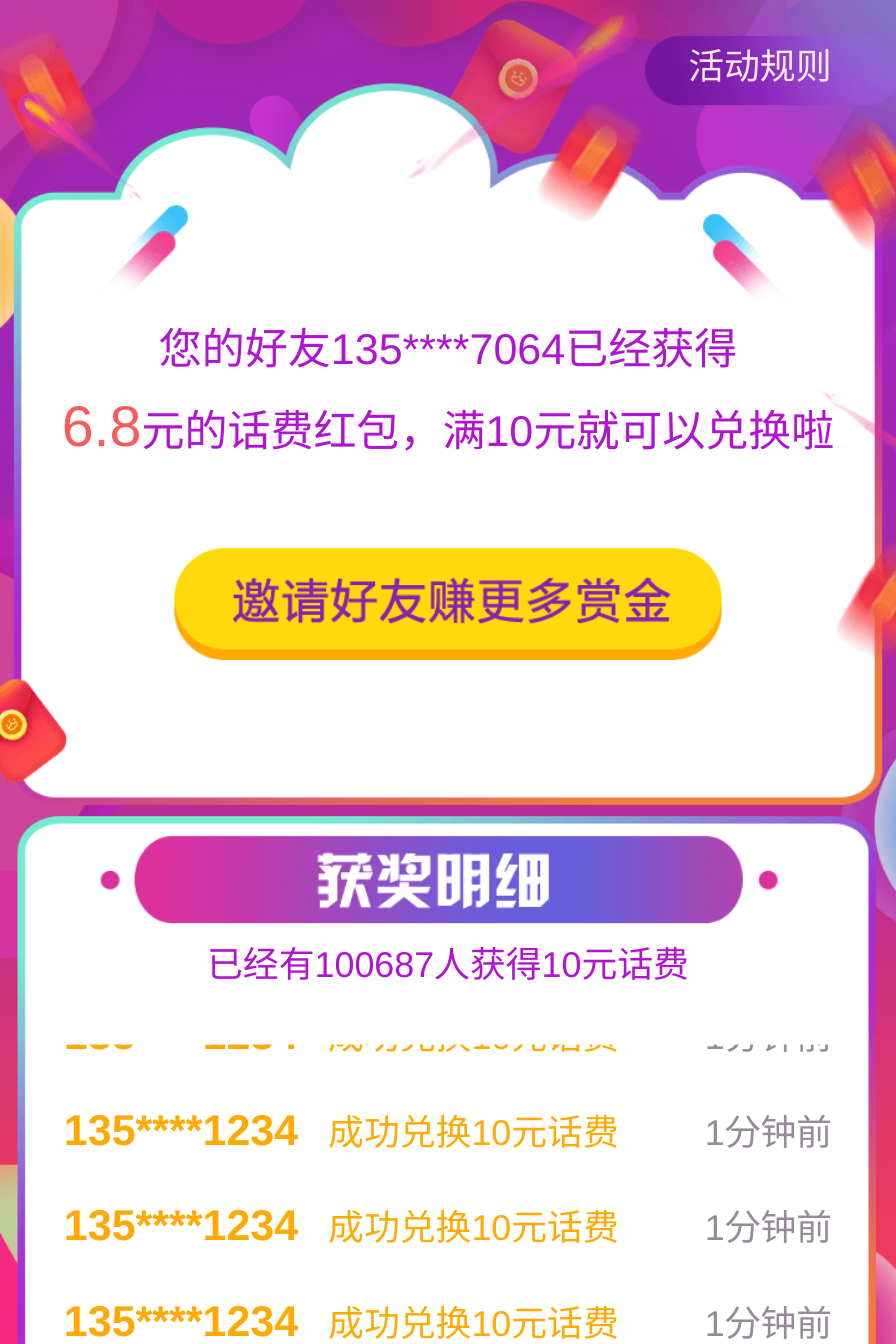
Repository: wangbiaozy/hb
Page: index_hjmx.html
These files come from the project's save history. The page is drawn as it stood at one moment and after the next save; the edit follows.
The browser window is 1280 px wide. The pictures show the part of the page from y = 0 to 1920 px (the page is 2058 px tall), at 70% of full size.

Above is the page before, as saved 2018-08-16 16:43:07.

After the next save:
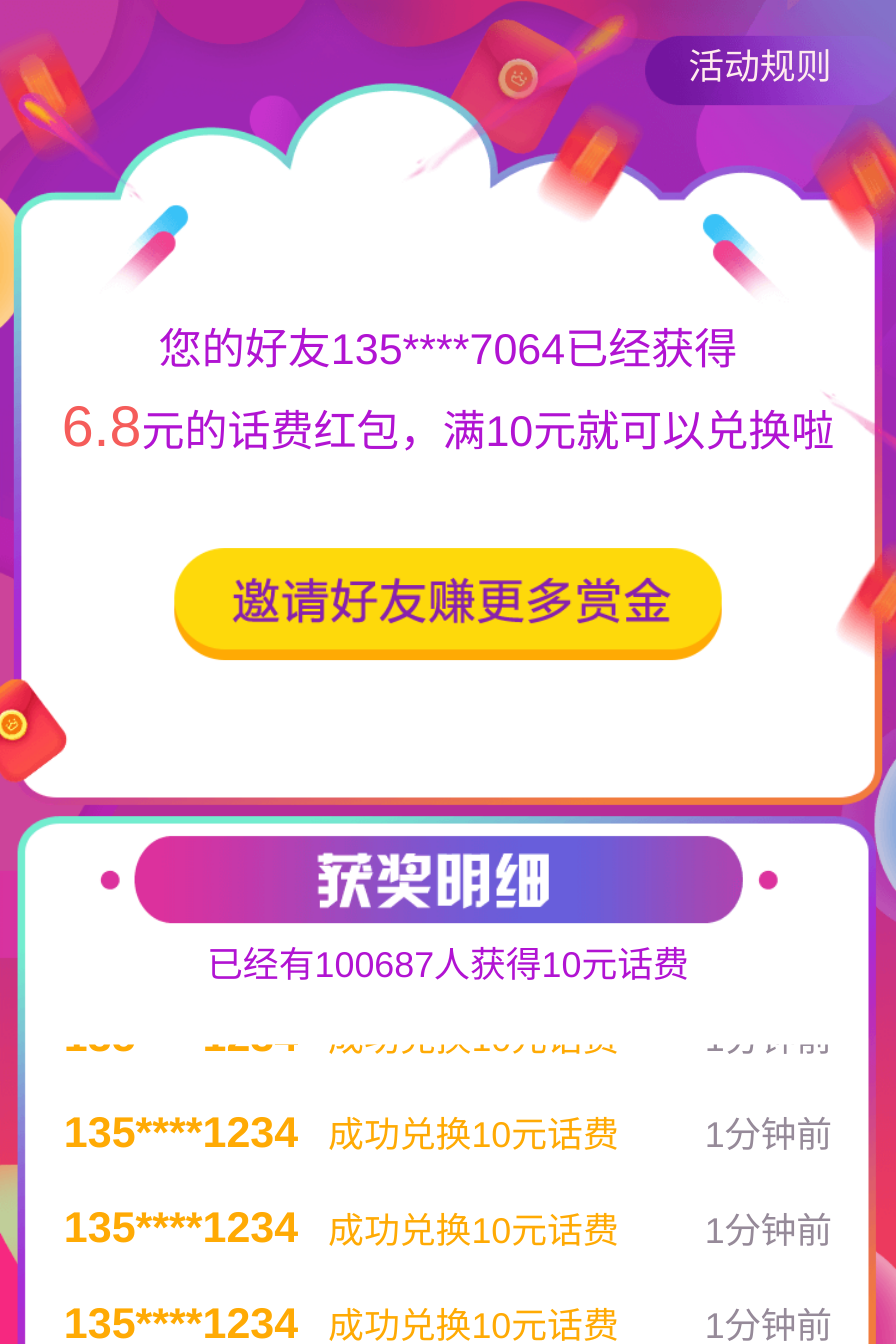
Saved 14 s later.
--- a/js/index.js
+++ b/js/index.js
@@ -53,7 +53,7 @@ $(function () {
     var z = 0;
     function up() {
         listPanel.animate({
-            'top': (z - .85) + 'rem'
+            'top': (z - .8) + 'rem'
         }, 1500, 'linear', function () {
             listPanel.css({'top': '0px'}).find("li:first").appendTo(listPanel);
             up();
